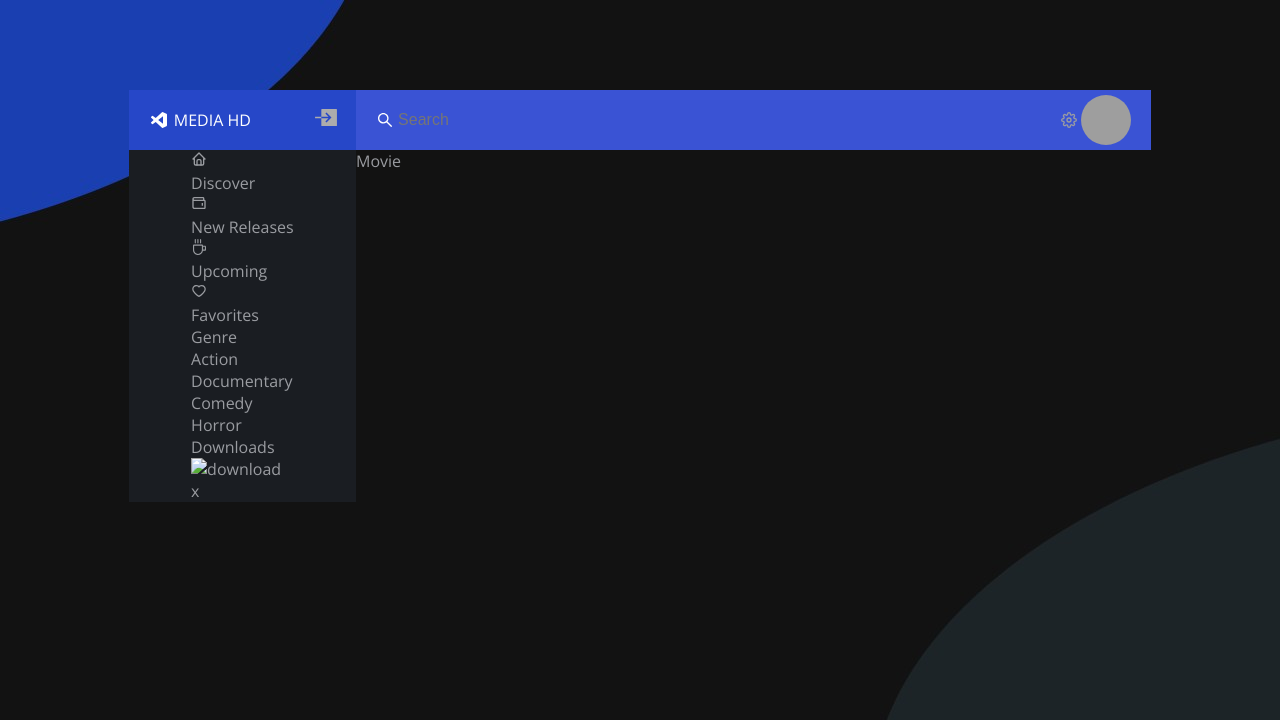
Repository: DevLaukey/movie-task
Page: /
The author's editor kept a copy of each file at every save. The page is drawn from the files as they stood at one save, then again after the next save.
The browser window is 1280 px wide. The pictures show the whole page.
Pictures or frames that could not be fetched are drawn as grey boxes. The page's requests for data from a server got no answer. The project was rebuilt for these pictures with package versions that can differ from the ones it lists, and the page was loaded fresh each time. No one was signed in, and anything a server would have sent is missing. Also part of the build but not shown: src/components/Body/Movies.css.

Above is the page before, as saved 2022-06-15 20:33:07.

After the next save:
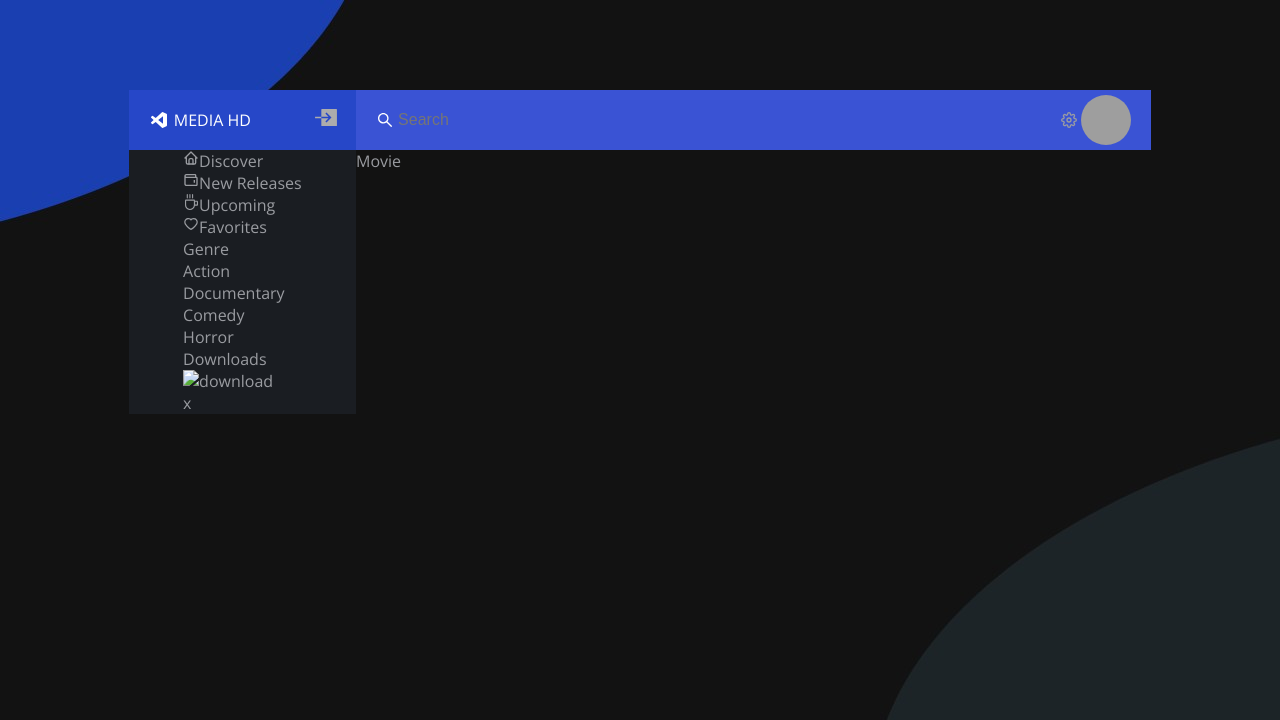
Saved 59 s later.
--- a/src/components/Sidebar/Sidebar.css
+++ b/src/components/Sidebar/Sidebar.css
@@ -23,14 +23,18 @@
 .sidebar__logo {
   width: 30px;
 }
-.sidebar__option:hover{
-background-color:#0c0c0c;
-color:rgba(25,64,181,255);
-border-left: 1px solid #2647c8;
-}
+
 
 .sidebar__group{
     width: 100%;
     display: flex;
     flex-direction: column;
 }
+.sidebar__option{
+  display: flex;
+}
+.sidebar__option:hover{
+background-color:#0c0c0c;
+color:rgba(25,64,181,255);
+border-left: 1px solid #2647c8;
+}
